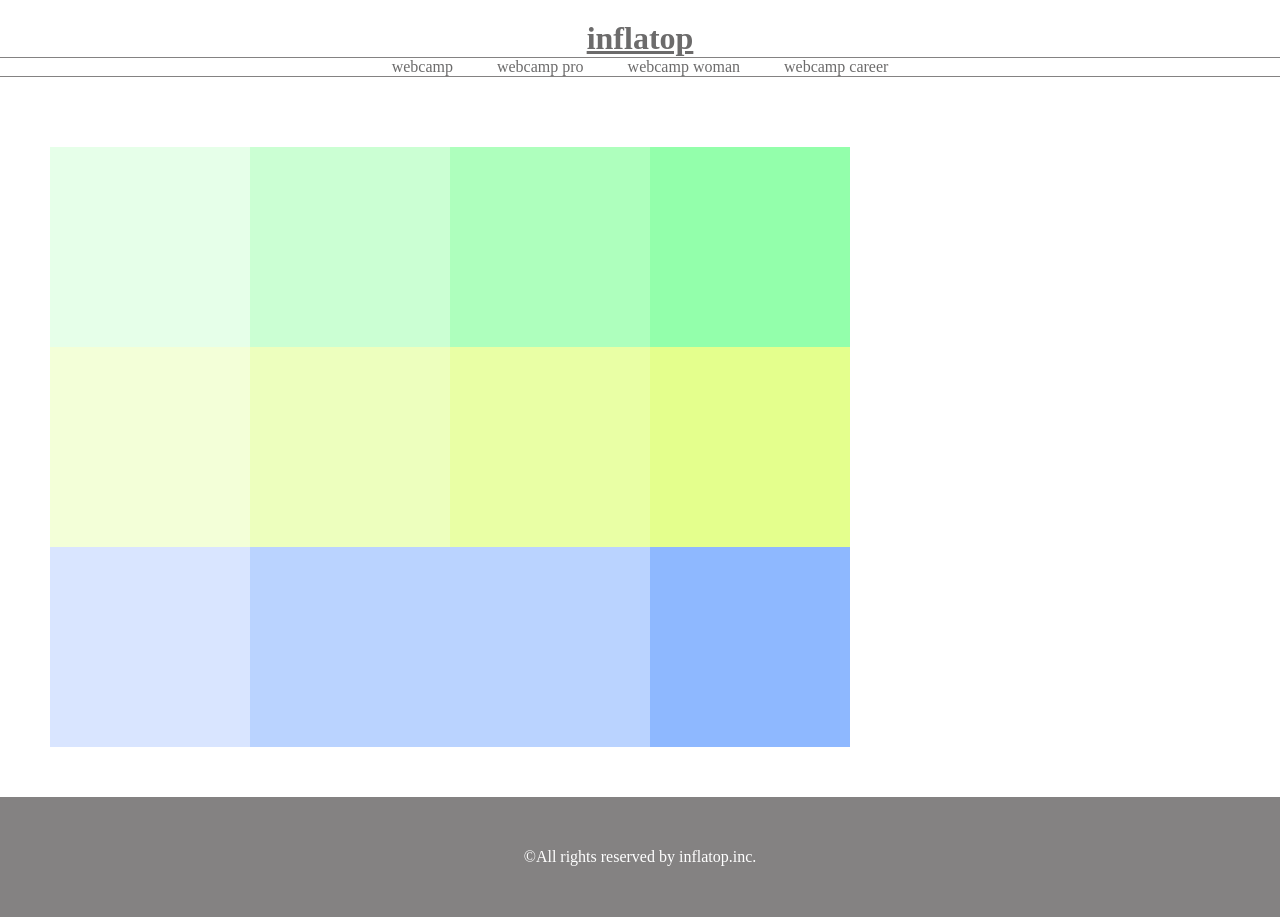
Repository: sunny0105yoko/bookers2-debug
Page: excise5/index.html
The author's editor kept a record of every edit. The page is drawn from the files as they stood at one moment, then again after the next edit.
The browser window is 1280 px wide. The pictures show the whole page.

Above is the page before.

After the next edit:
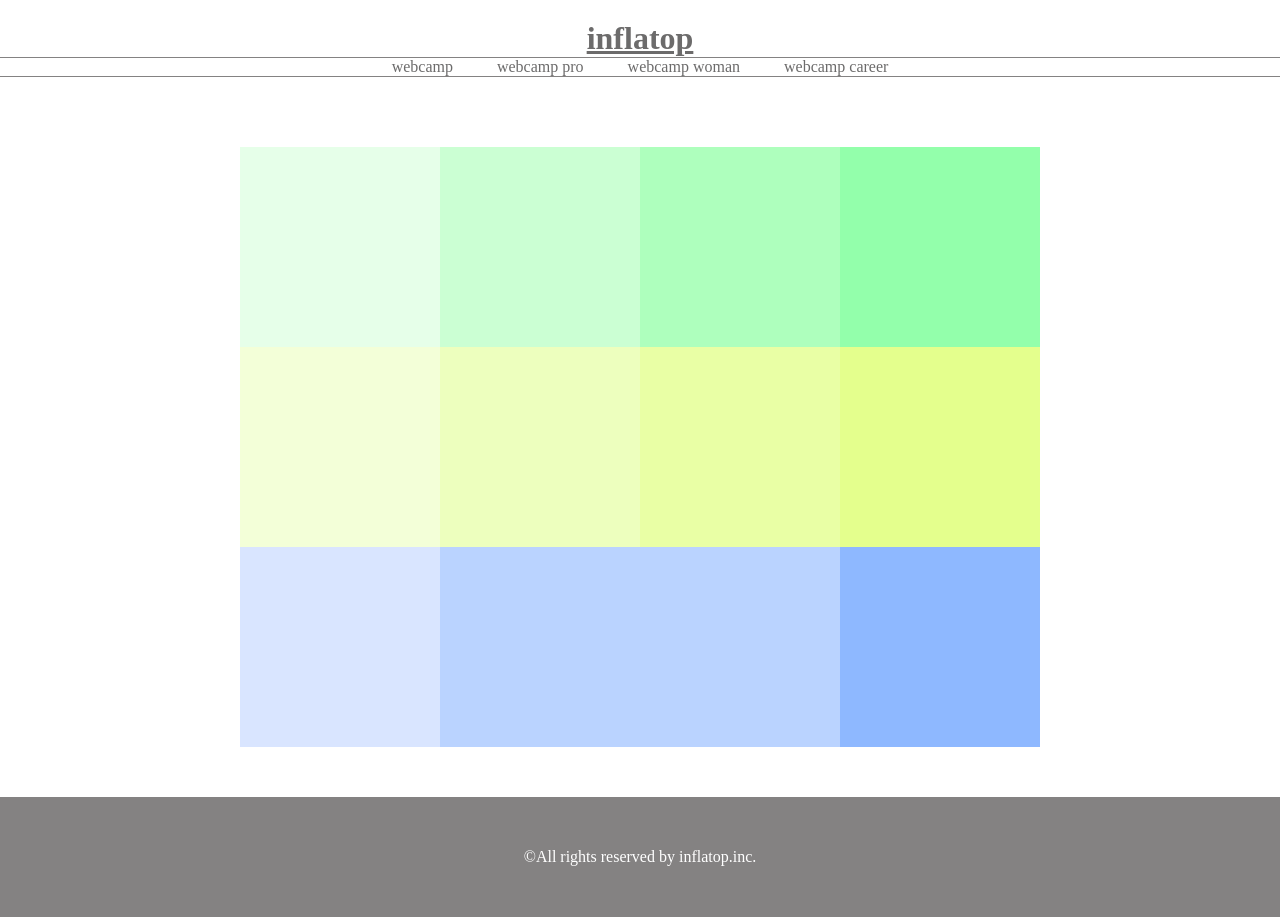
The edit:
--- a/excise5/style.css
+++ b/excise5/style.css
@@ -29,8 +29,8 @@
 .flex{
   display: flex;
   flex-wrap: wrap;
-  width: 900px;
-  padding:50px 0;
+  width: 800px;
+  margin:50px auto;
   justify-content: center;
 }
 
